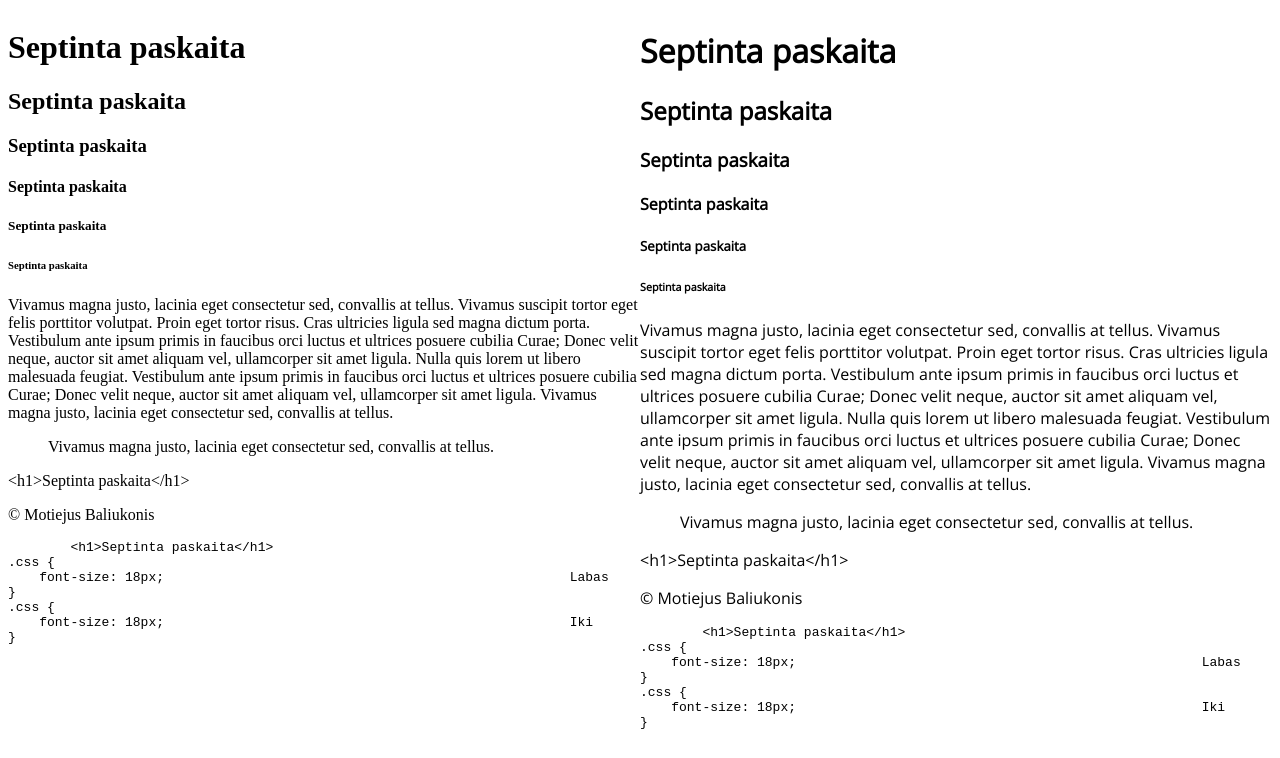
Repository: motiejus1/07-paskaita-05.31
Page: index.html
The author's editor kept a copy of each file at every save. The page is drawn from the files as they stood at one save, then again after a run of saves.
The browser window is 1280 px wide. The pictures show the whole page.

Above is the page before, as saved 2021-06-10 19:36:45.

### index.html
<!DOCTYPE html>
<html lang="en">
<head>
    <meta charset="UTF-8">
    <meta http-equiv="X-UA-Compatible" content="IE=edge">
    <meta name="viewport" content="width=device-width, initial-scale=1.0">
    <title>Septinta paskaita</title>

    <link rel="preconnect" href="https://fonts.gstatic.com">
    <link href="https://fonts.googleapis.com/css2?family=Open+Sans&display=swap" rel="stylesheet">
    <style>
        .container {
            width: 100%;
        }

        .left, .right {
            float:left;
            width: 50%;
        }

        .right {
            font-family: 'Open Sans', sans-serif;
        }

        right

        .right h1 {
            /* font-family: 'Open Sans', sans-serif; */
        }

        .right h2 {

        }
    </style>
</head>
<body>
    <div class="container">
        <div class="left">
            <h1>Septinta paskaita</h1>
            <h2>Septinta paskaita</h2>
            <h3>Septinta paskaita</h3>
            <h4>Septinta paskaita</h4>
            <h5>Septinta paskaita</h5>
            <h6>Septinta paskaita</h6>

            <p>Vivamus magna justo, lacinia eget consectetur sed, convallis at tellus. Vivamus suscipit tortor eget felis porttitor volutpat. Proin eget tortor risus. Cras ultricies ligula sed magna dictum porta. Vestibulum ante ipsum primis in faucibus orci luctus et ultrices posuere cubilia Curae; Donec velit neque, auctor sit amet aliquam vel, ullamcorper sit amet ligula. Nulla quis lorem ut libero malesuada feugiat. Vestibulum ante ipsum primis in faucibus orci luctus et ultrices posuere cubilia Curae; Donec velit neque, auctor sit amet aliquam vel, ullamcorper sit amet ligula. Vivamus magna justo, lacinia eget consectetur sed, convallis at tellus.</p>

            <blockquote>Vivamus magna justo, lacinia eget consectetur sed, convallis at tellus.</blockquote>

            <p> &lt;h1&gt;Septinta paskaita&lt;/h1&gt;  </p>
            <p>&copy; Motiejus Baliukonis</p>

            <pre>
        &lt;h1&gt;Septinta paskaita&lt;/h1&gt;
.css {
    font-size: 18px;                                                    Labas
}
.css {
    font-size: 18px;                                                    Iki
}
            </pre>
        </div>
        <div class="right">
            <h1>Septinta paskaita</h1>
            <h2>Septinta paskaita</h2>
            <h3>Septinta paskaita</h3>
            <h4>Septinta paskaita</h4>
            <h5>Septinta paskaita</h5>
            <h6>Septinta paskaita</h6>

            <p>Vivamus magna justo, lacinia eget consectetur sed, convallis at tellus. Vivamus suscipit tortor eget felis porttitor volutpat. Proin eget tortor risus. Cras ultricies ligula sed magna dictum porta. Vestibulum ante ipsum primis in faucibus orci luctus et ultrices posuere cubilia Curae; Donec velit neque, auctor sit amet aliquam vel, ullamcorper sit amet ligula. Nulla quis lorem ut libero malesuada feugiat. Vestibulum ante ipsum primis in faucibus orci luctus et ultrices posuere cubilia Curae; Donec velit neque, auctor sit amet aliquam vel, ullamcorper sit amet ligula. Vivamus magna justo, lacinia eget consectetur sed, convallis at tellus.</p>

            <blockquote>Vivamus magna justo, lacinia eget consectetur sed, convallis at tellus.</blockquote>

            <p> &lt;h1&gt;Septinta paskaita&lt;/h1&gt;  </p>
            <p>&copy; Motiejus Baliukonis</p>

            <pre>
        &lt;h1&gt;Septinta paskaita&lt;/h1&gt;
.css {
    font-size: 18px;                                                    Labas
}
.css {
    font-size: 18px;                                                    Iki
}
            </pre>
        </div>
    </div>
</body>
</html>

After the next 3 saves:
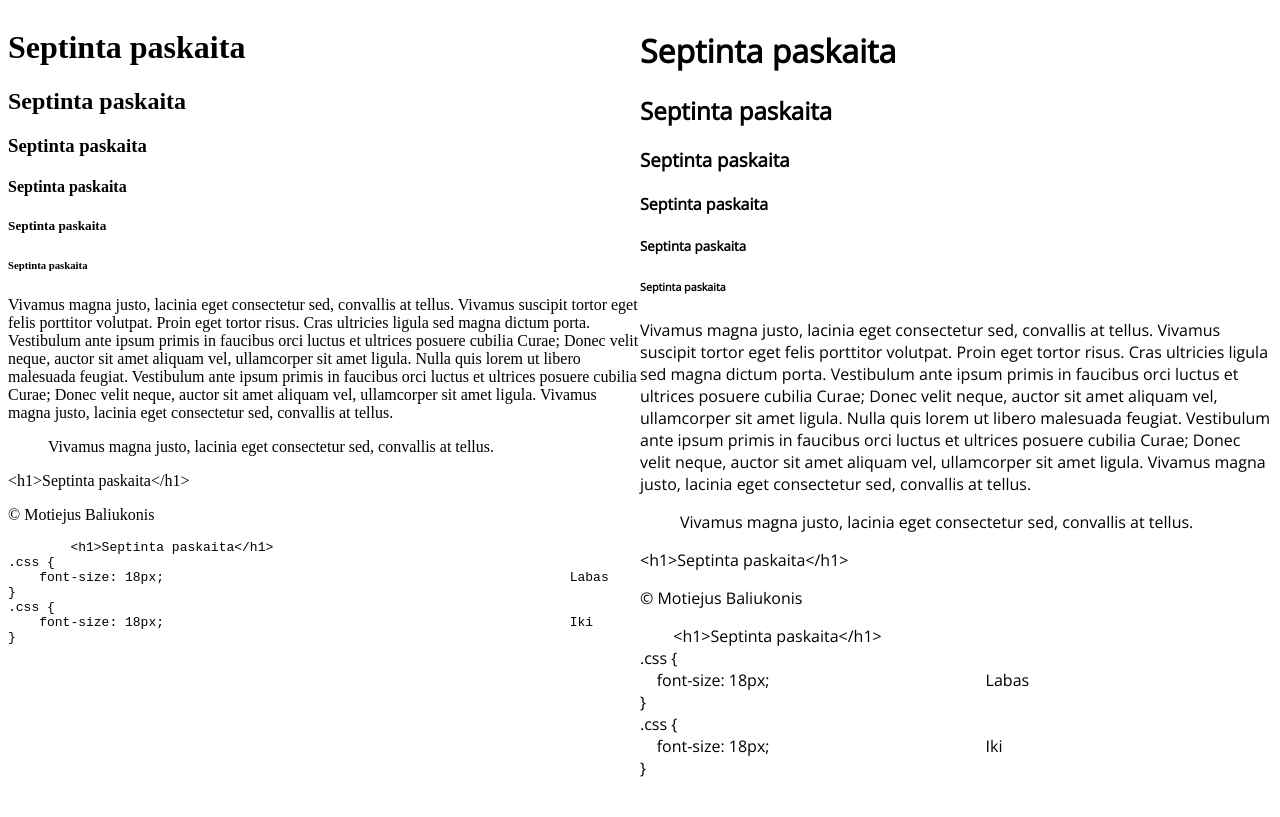
The 3 saves are shown as one change because they came seconds apart.
The last was saved 10 s later.
--- a/index.html
+++ b/index.html
@@ -22,7 +22,9 @@
             font-family: 'Open Sans', sans-serif;
         }
 
-        right
+        .right pre {
+            font-family: 'Open Sans', sans-serif;
+        }
 
         .right h1 {
             /* font-family: 'Open Sans', sans-serif; */
